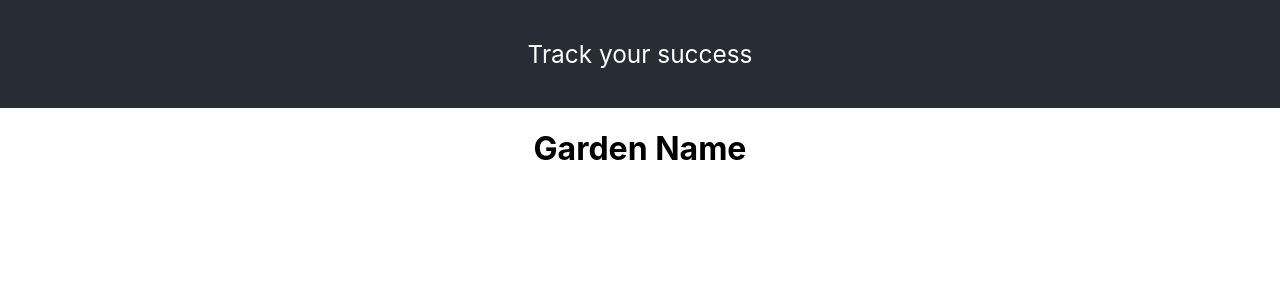
Repository: charliejp0311/gardentracker
Page: /
The author's editor kept a copy of each file at every save. The page is drawn from the files as they stood at one save, then again after the next save.
The browser window is 1280 px wide. The pictures show the whole page.
The project was rebuilt for these pictures with package versions that can differ from the ones it lists, and the page was loaded fresh each time.

Above is the page before, as saved 2020-10-27 15:50:04.

After the next save:
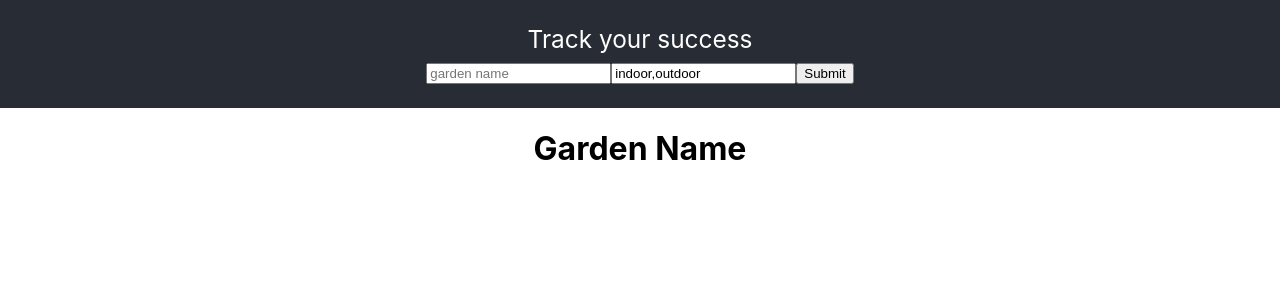
Saved 62 s later.
--- a/src/App.js
+++ b/src/App.js
@@ -1,11 +1,13 @@
 import './App.css';
 import Garden from './components/Garden';
+import CreateGarden from './components/CreateGarden'
 
 function App() {
   return (
     <div className="App">
       <header className="App-header">
         Track your success
+        <CreateGarden />
       </header>
       <Garden />
     </div>
